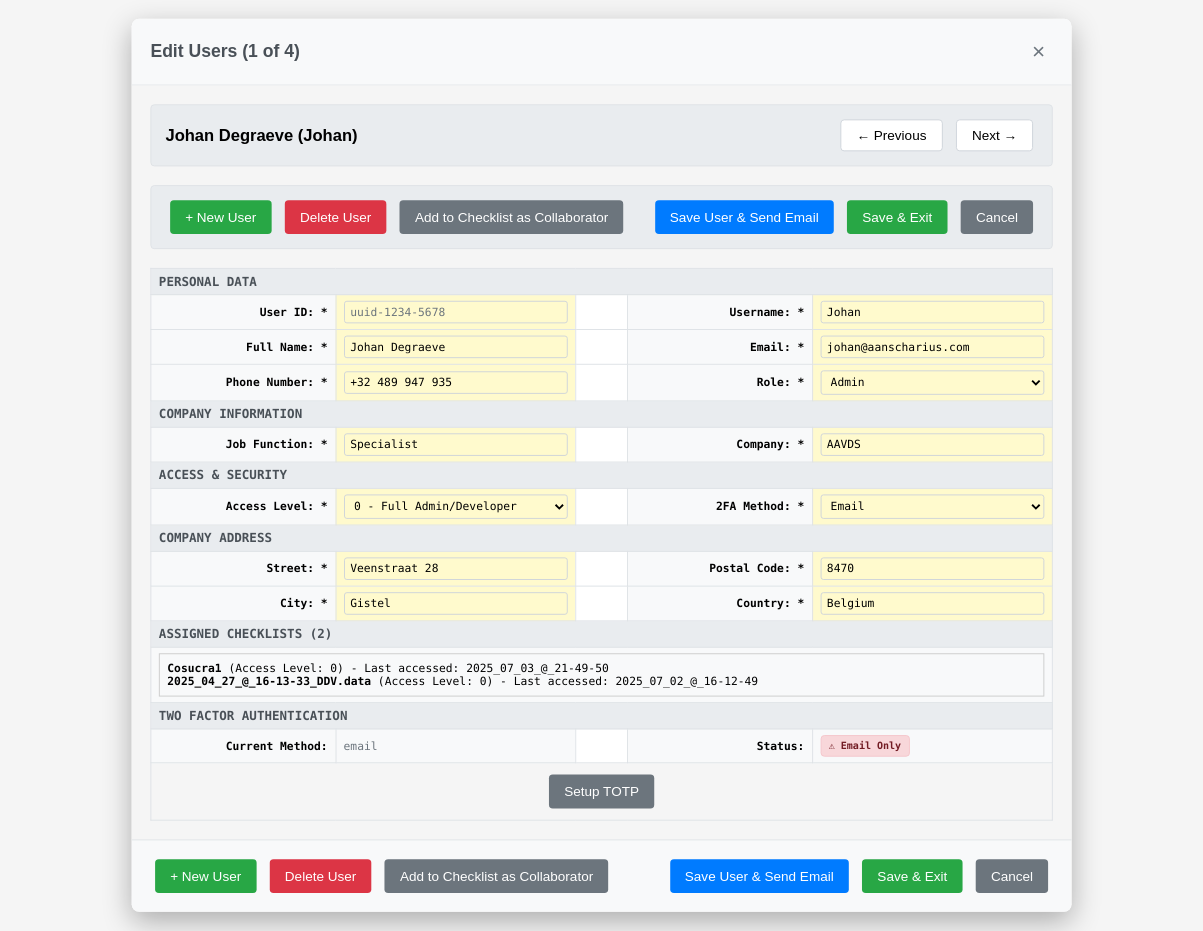
Repository: jeedee23/checklistrepo
Page: checklists/user-management-demo.html
The author's editor kept a copy of each file at every save. The page is drawn from the files as they stood at one save, then again after the next save.
The browser window is 1280 px wide. The pictures show the whole page, at 94% of full size.

Above is the page before, as saved 2025-07-04 14:09:59.

After the next save:
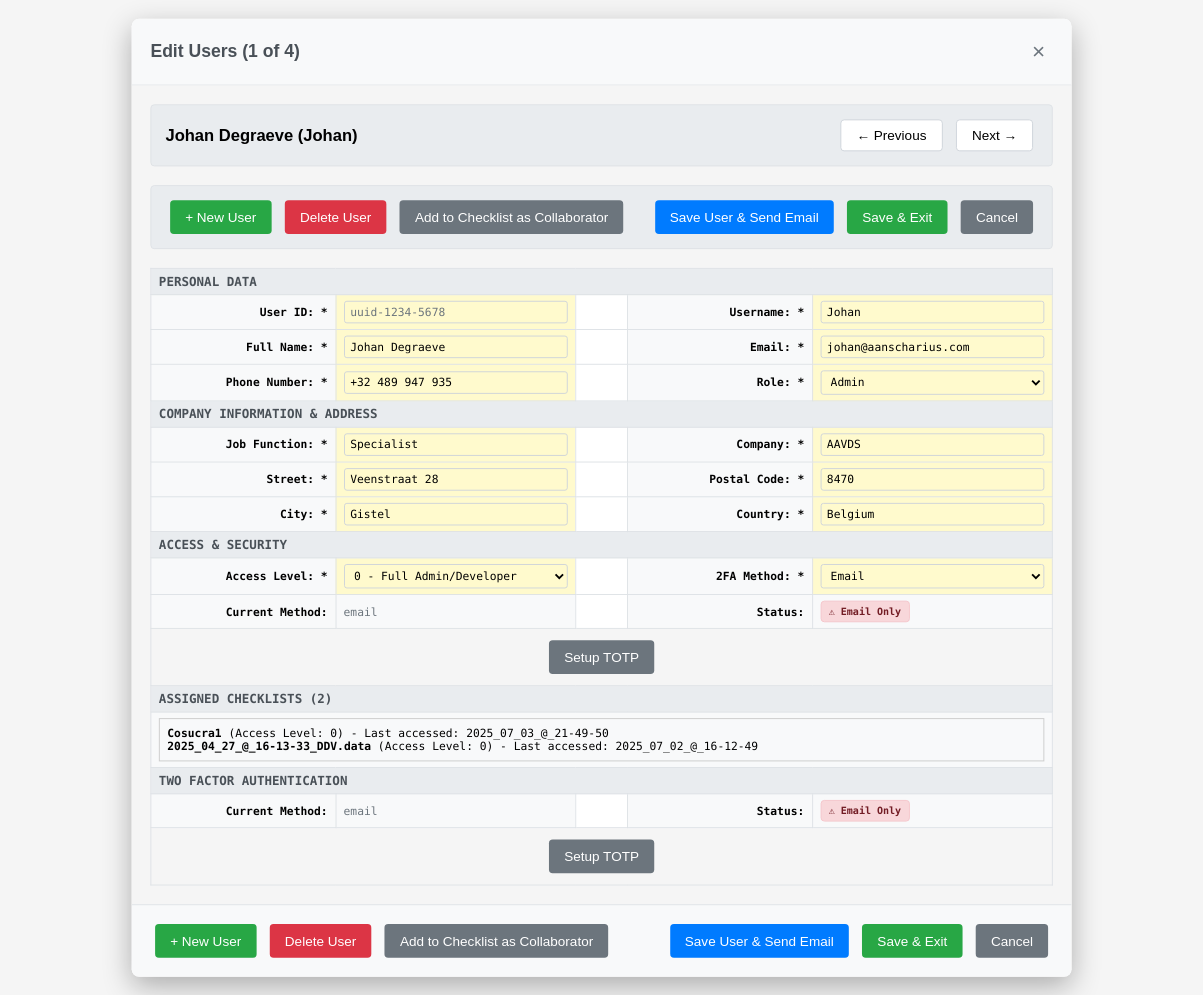
Saved 17 s later.
--- a/checklists/user-management-demo.html
+++ b/checklists/user-management-demo.html
@@ -273,9 +273,9 @@
                     </td>
                 </tr>
 
-                <!-- COMPANY INFORMATION Section -->
-                <tr>
-                    <td colspan="5" class="section-header">COMPANY INFORMATION</td>
+                <!-- COMPANY INFORMATION & ADDRESS Section -->
+                <tr>
+                    <td colspan="5" class="section-header">COMPANY INFORMATION & ADDRESS</td>
                 </tr>
                 <tr>
                     <td class="label">Job Function: *</td>
@@ -284,8 +284,22 @@
                     <td class="label">Company: *</td>
                     <td class="input"><input type="text" value="AAVDS"></td>
                 </tr>
-
-                <!-- ACCESS & SECURITY Section -->
+                <tr>
+                    <td class="label">Street: *</td>
+                    <td class="input"><input type="text" value="Veenstraat 28"></td>
+                    <td class="spacer">&nbsp;</td>
+                    <td class="label">Postal Code: *</td>
+                    <td class="input"><input type="text" value="8470"></td>
+                </tr>
+                <tr>
+                    <td class="label">City: *</td>
+                    <td class="input"><input type="text" value="Gistel"></td>
+                    <td class="spacer">&nbsp;</td>
+                    <td class="label">Country: *</td>
+                    <td class="input"><input type="text" value="Belgium"></td>
+                </tr>
+
+                <!-- ACCESS & SECURITY (with 2FA) Section -->
                 <tr>
                     <td colspan="5" class="section-header">ACCESS & SECURITY</td>
                 </tr>
@@ -308,24 +322,19 @@
                         </select>
                     </td>
                 </tr>
-
-                <!-- COMPANY ADDRESS Section -->
-                <tr>
-                    <td colspan="5" class="section-header">COMPANY ADDRESS</td>
-                </tr>
-                <tr>
-                    <td class="label">Street: *</td>
-                    <td class="input"><input type="text" value="Veenstraat 28"></td>
-                    <td class="spacer">&nbsp;</td>
-                    <td class="label">Postal Code: *</td>
-                    <td class="input"><input type="text" value="8470"></td>
-                </tr>
-                <tr>
-                    <td class="label">City: *</td>
-                    <td class="input"><input type="text" value="Gistel"></td>
-                    <td class="spacer">&nbsp;</td>
-                    <td class="label">Country: *</td>
-                    <td class="input"><input type="text" value="Belgium"></td>
+                <tr>
+                    <td class="label">Current Method:</td>
+                    <td class="input-readonly">email</td>
+                    <td class="spacer">&nbsp;</td>
+                    <td class="label">Status:</td>
+                    <td class="input-readonly">
+                        <span class="status-badge inactive">⚠ Email Only</span>
+                    </td>
+                </tr>
+                <tr>
+                    <td colspan="5" style="text-align: center; padding: 12px; border: 1px solid #dee2e6;">
+                        <button class="btn btn-secondary">Setup TOTP</button>
+                    </td>
                 </tr>
 
                 <!-- ASSIGNED CHECKLISTS Section -->
